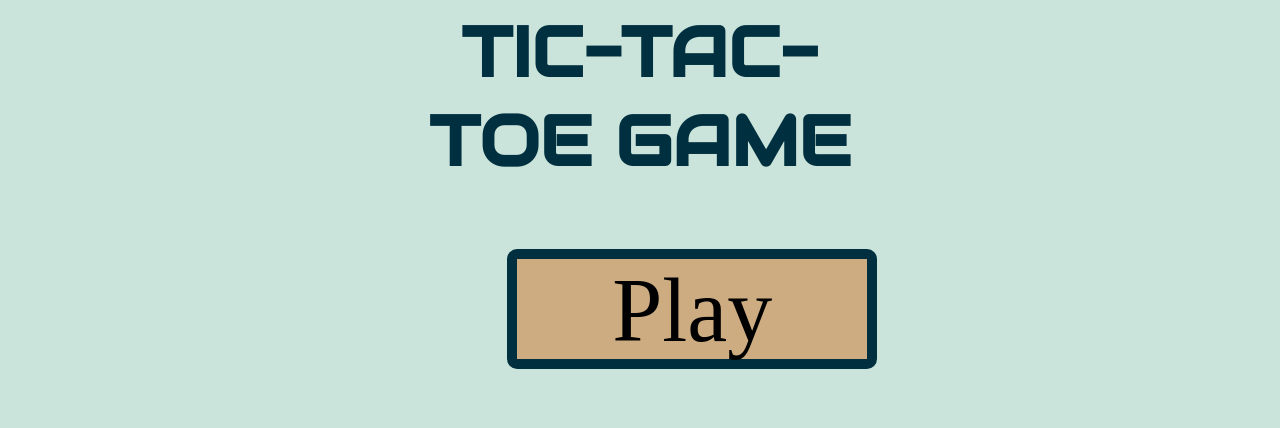
Repository: blackSky1213/tic-tac-toe
Page: index.html
These files come from the project's save history. The page is drawn as it stood at one moment and after the next save; the edit follows.
The browser window is 1280 px wide. The pictures show the whole page.

Above is the page before, as saved 2020-12-28 20:46:43.

### index.html
<!DOCTYPE html>
<html lang="en">

<head>
    <meta charset="UTF-8">
    <meta name="viewport" content="width=device-width, initial-scale=1.0">
    <title>Tic-Tac-Toe</title>
    <link rel="preconnect" href="https://fonts.gstatic.com">
    <link href="https://fonts.googleapis.com/css2?family=Audiowide&display=swap" rel="stylesheet">
    <link rel="stylesheet" href="styles/index.css">
</head>

<body>
    <h1 class="title">TIC-TAC-TOE GAME</h1>
    <div class="start"><spam class="play">Play</spam></div>
</body>

</html>

### styles/index.css
body{
    background-color:#cae4db;
}
.title{
    text-align:center;
    font-size:70px;
    margin:auto 30% auto 30%;
    font-family:'Audiowide', cursive;
    color:#00303f;
}
.start{
    background-color:#cdac81;
    width:350px;
    height:100px;
    margin:5% 30% auto 30%;
    position:relative;
    left:120px;
    border-radius: 10px;
    text-align: center;
    font-size: 90px;
    border:solid 10px #00303f;

}

After the next save:
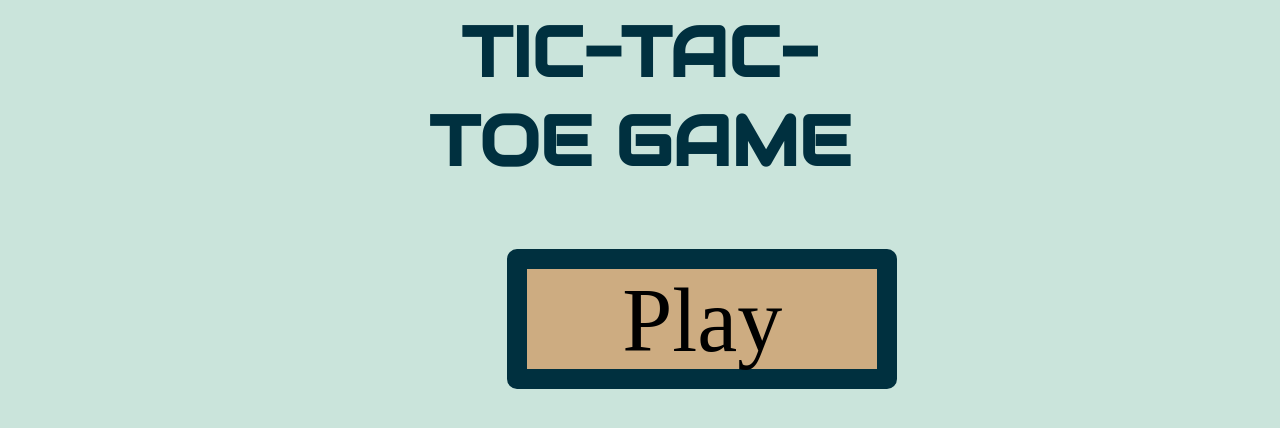
Saved 8 s later.
--- a/styles/index.css
+++ b/styles/index.css
@@ -18,6 +18,6 @@ body{
     border-radius: 10px;
     text-align: center;
     font-size: 90px;
-    border:solid 10px #00303f;
+    border:solid 20px #00303f;
 
 }
